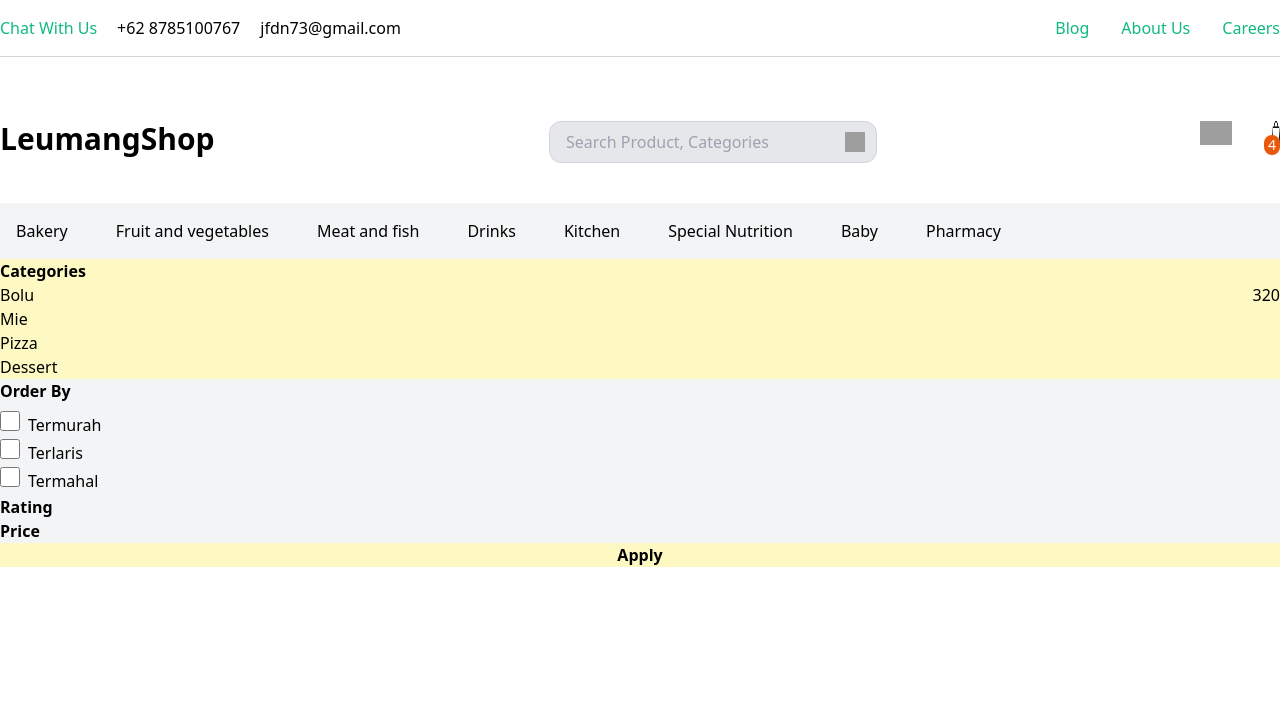
Repository: jafetdn73/ecommerce-tailwind
Page: /
An editor plug-in stored every save of this project. The page is shown before and after the next save, followed by the edit.
The browser window is 1280 px wide. The pictures show the whole page.
Pictures or frames that could not be fetched are drawn as grey boxes. The project was rebuilt for these pictures with package versions that can differ from the ones it lists, and the page was loaded fresh each time. Also part of the build but not shown: src/App.css.

Above is the page before, as saved 2022-03-13 12:43:48.

### src/App.js
import "./App.css";

function App() {
  return (
    <div className="bg-white container mx-auto">
      <div className="flex justify-between py-4 border-b border-gray-300">
        <div className="flex gap-5">
          <a href="http://google.com" className="text-emerald-500">
            Chat With Us
          </a>
          <a href="http://facebook.com">+62 8785100767</a>
          <a href="http://ggogl.com">jfdn73@gmail.com</a>
        </div>

        <div className="">
          <ul className="flex gap-8 text-emerald-500">
            <li>Blog</li>
            <li>About Us</li>
            <li>Careers</li>
          </ul>
        </div>
      </div>

      <div className="flex justify-between mt-16">
        <h1 className="text-3xl font-bold">LeumangShop</h1>
        <div className="flex w-full justify-center items-center">
          <input
            type="text"
            placeholder="Search Product, Categories"
            className="w-1/3 border border-gray-300 bg-gray-200 rounded-xl pl-4 py-2"
          />
          <img src="/images/search-icon.png" alt="search" className="w-5 h-5 -ml-8"/>
        </div>
        <div className="flex gap-10">
          <img src="/images/user-icon.png" alt="user" className="w-8 h-6"/>
          <div className="relative">
            <img src="/images/cart-icon.png" alt="icon" className="w-8 h-6"/>
            <label className="absolute bottom-2 -left-2 bg-orange-600 text-white py-0.25 px-1 rounded-full text-sm">4</label>
          </div>
        </div>
      </div>

      <div className="bg-gray-100 mt-10 py-4 pl-4 text-base font-medium">
        <ul className="flex gap-12">
          <li>Bakery</li>
          <li>Fruit and vegetables</li>
          <li>Meat and fish</li>
          <li>Drinks</li>
          <li>Kitchen</li>
          <li>Special Nutrition</li>
          <li>Baby</li>
          <li>Pharmacy</li>
        </ul>
        </div>

      <div className="bg-gray-100">
        <div className="flex flex-col bg-yellow-100" >
          <div className="flex flex-col bg-yellow-100">
            <h1 className="font-bold text-base">Categories</h1>
            <ul>
              <div className="flex justify-between"><li>Bolu</li><label>320</label></div>
              <div><li>Mie</li></div>
              <div><li>Pizza</li></div>
              <div><li>Dessert</li></div>
            </ul>
          </div>
          <div className="bg-gray-100 flex flex-col">
            <h1 className="font-bold mb-2">Order By</h1>
           <div >
             <input type="checkbox" className="checked:bg-lime-600 w-5 h-5 mr-2 mb-2">
               </input
               ><label className="orm-check-label">Termurah</label>
          </div>
          <div>
            <input type="checkbox"  className="bg-lime-600 w-5 h-5 mr-2 mb-2"></input><label>Terlaris</label>
          </div>
          <div>
            <input type="checkbox"  className="bg-lime-600 w-5 h-5 mr-2 mb-2"></input><label>Termahal</label>
          </div>

          </div>
          <div className="bg-gray-100">
          <h1 className="font-bold">Rating</h1>
          </div>
          <div className="bg-gray-100">
          <h1 className="font-bold">Price</h1>
          </div>
          <button className="font-bold">Apply</button>
        </div>
        <div className="bg-gray-100">
          <div className="bg-yellow-100">
          </div>
        </div>
      </div>



    </div>
  );
}

export default App;

Loaded but not shown: public/index.html (common file); src/index.js (common file); src/index.css (common file); src/reportWebVitals.js (common file); tailwind.config.js (common file)

After the next save:
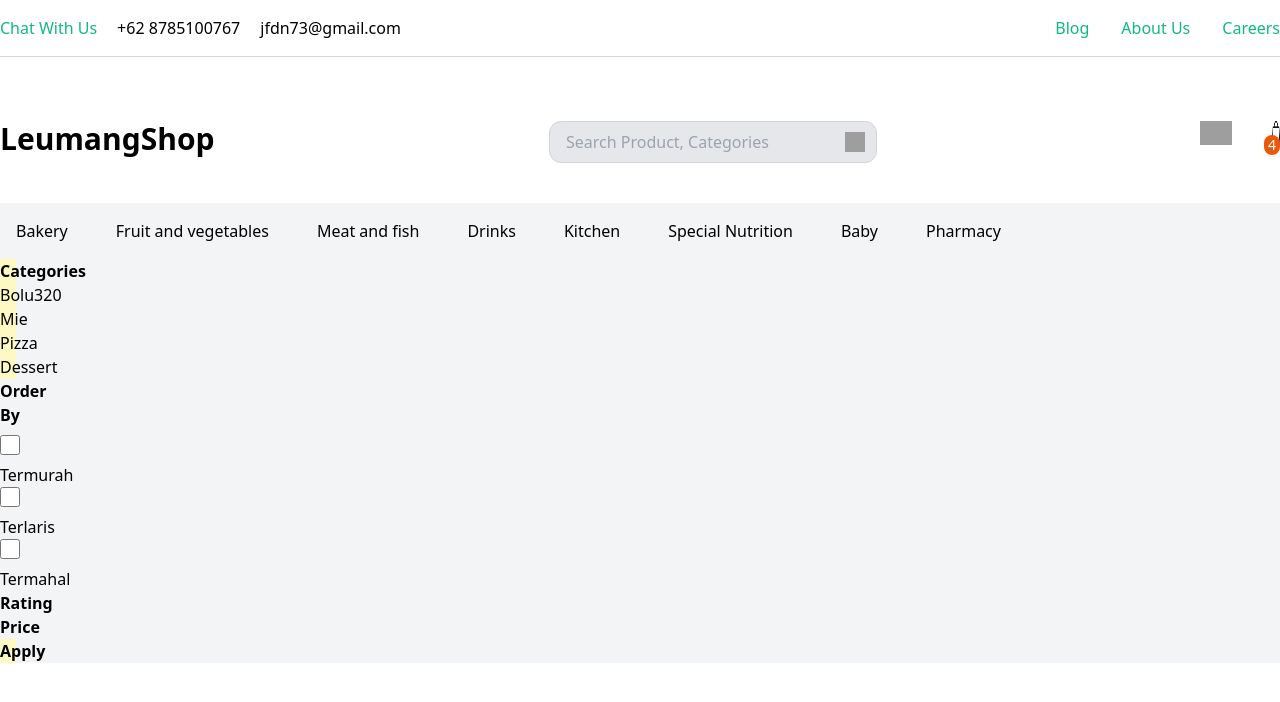
Saved 2 min 5 s later.
--- a/src/App.js
+++ b/src/App.js
@@ -54,7 +54,7 @@ function App() {
         </div>
 
       <div className="bg-gray-100">
-        <div className="flex flex-col bg-yellow-100" >
+        <div className="flex flex-col w-4 bg-yellow-100" >
           <div className="flex flex-col bg-yellow-100">
             <h1 className="font-bold text-base">Categories</h1>
             <ul>
